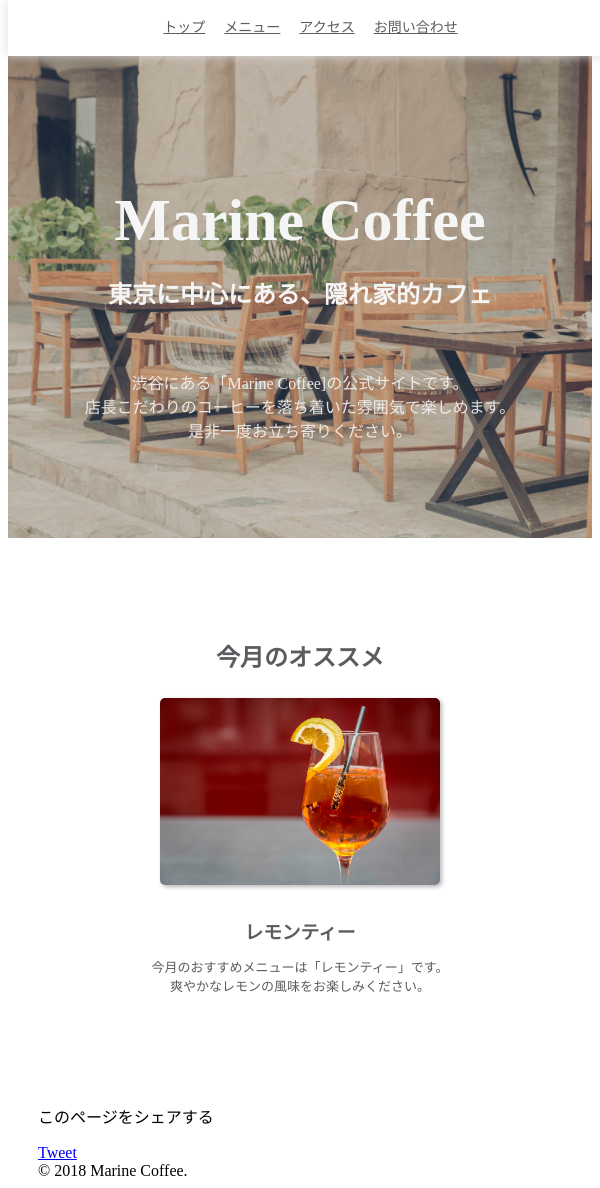
Repository: Kazuya888/samurai_HTML-CSS
Page: marine_coffee/index1.html
The author's editor kept a record of every edit. The page is drawn from the files as they stood at one moment, then again after the next edit.
The browser window is 600 px wide. The pictures show the whole page.

Above is the page before.

After the next edit:
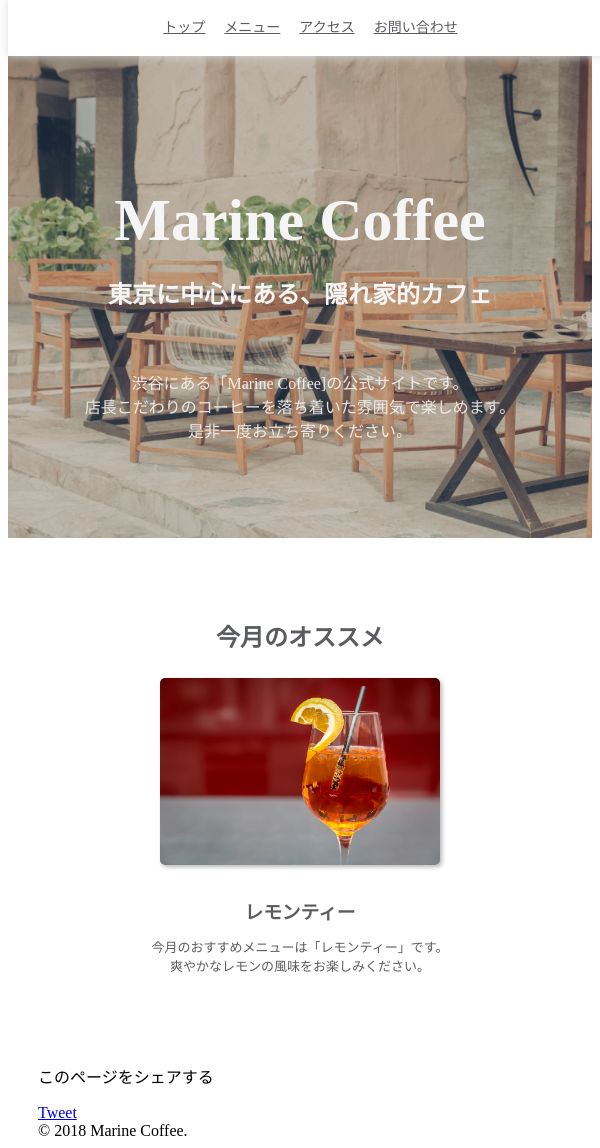
The edit:
--- a/marine_coffee/responsive.css
+++ b/marine_coffee/responsive.css
@@ -20,7 +20,7 @@
         font-size: 14px;
     }
     .main{
-        padding: 60px o;
+        padding: 60px 0;
     }
     .main-image{
         width:280px;
